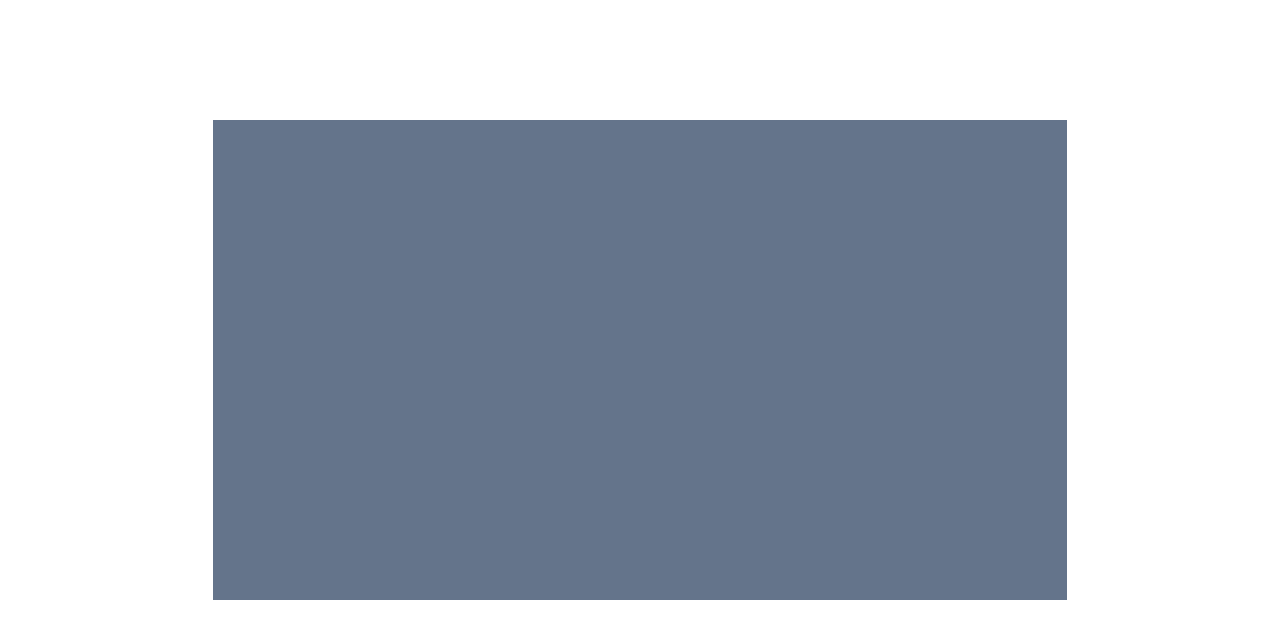
Repository: saad-elabboubi/tahalkobra
Page: /
These files come from the project's save history. The page is drawn as it stood at one moment and after the next save; the edit follows.
The browser window is 1280 px wide. The pictures show the whole page.
The project was rebuilt for these pictures with package versions that can differ from the ones it lists, and the page was loaded fresh each time. The framework's server and built-in components were replaced by stand-ins that run in the browser. Also part of the build but not shown: svelte.config.js, vite.config.ts.

Above is the page before, as saved 2023-04-08 17:56:11.

### src/routes/+page.svelte
<body class="body h-screen w-screen flex flex-row justify-center ">
    <div class="gameborder grid grid-rows-4 grid-cols-4 bg-slate-500  h-2/3 w-2/3 self-center ">

    </div>

</body>

Loaded but not shown: src/app.html (common file); src/routes/+layout.svelte (common file); src/app.css (common file); tailwind.config.js (common file)

After the next save:
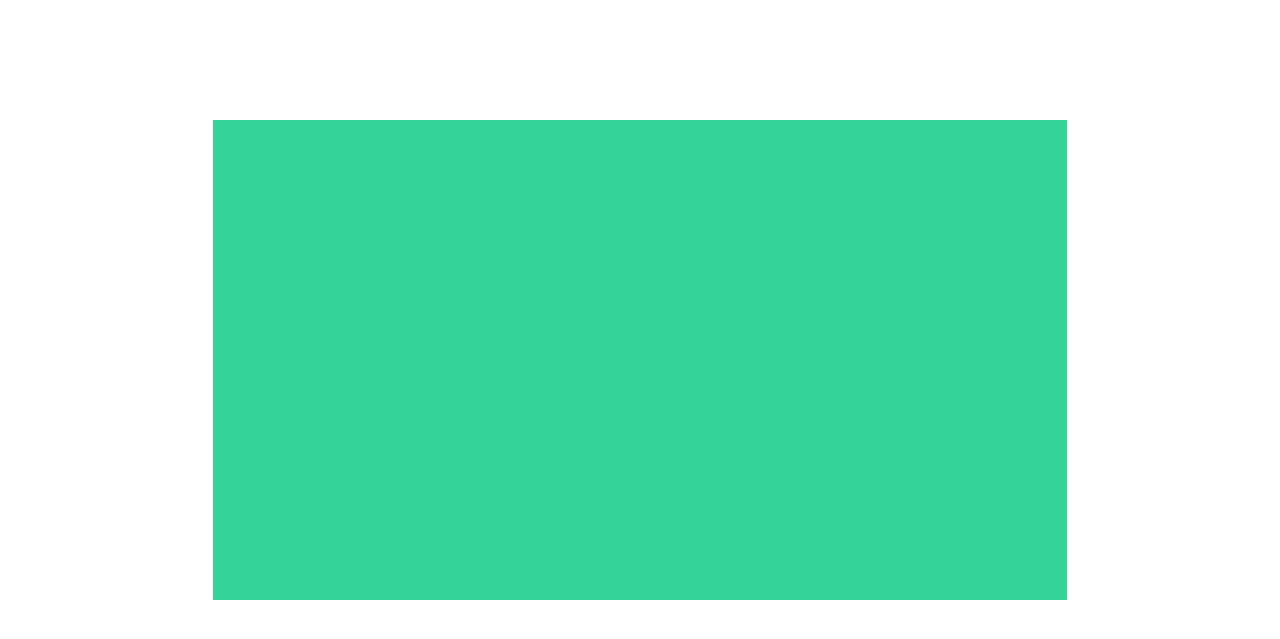
Saved 56 s later.
--- a/src/routes/+page.svelte
+++ b/src/routes/+page.svelte
@@ -1,5 +1,5 @@
 <body class="body h-screen w-screen flex flex-row justify-center ">
-    <div class="gameborder grid grid-rows-4 grid-cols-4 bg-slate-500  h-2/3 w-2/3 self-center ">
+    <div class="gameborder grid grid-rows-4 grid-cols-4 bg-emerald-400  h-2/3 w-2/3 self-center ">
 
     </div>
 
